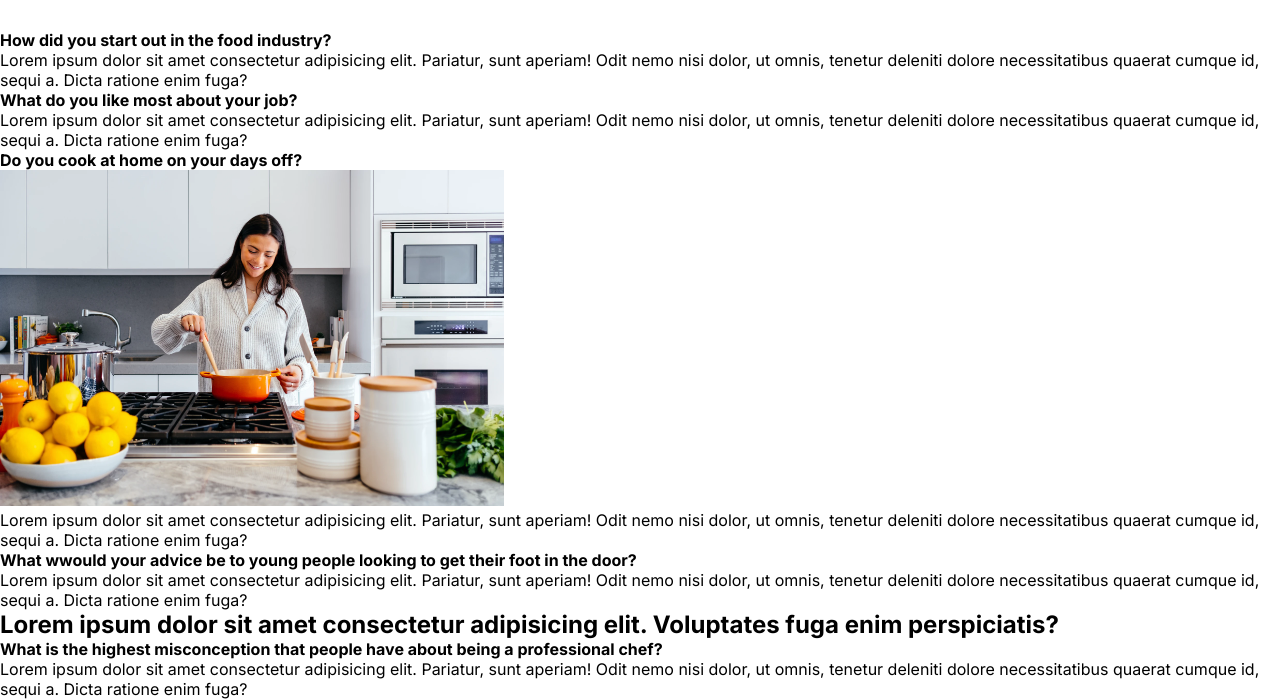
Repository: SolomonChinonso/Advanced-html-and-css-project
Page: blog.html
The author's editor kept a copy of each file at every save. The page is drawn from the files as they stood at one save, then again after the next save.
The browser window is 1280 px wide. The pictures show the part of the page from y = 1171 to 1894 px (the page is 1870 px tall before and 1894 px after).

Above is the page before, as saved 2026-04-19 01:21:21.

After the next save:
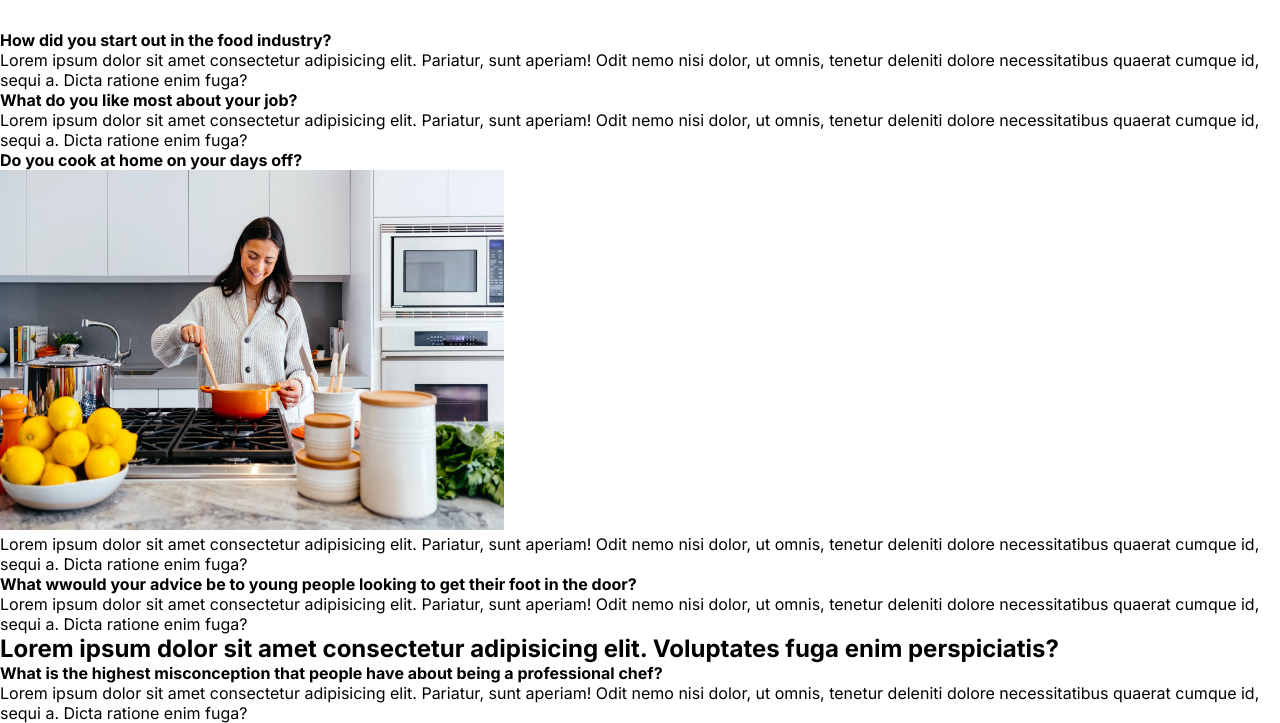
Saved 4 s later.
--- a/style.css
+++ b/style.css
@@ -734,6 +734,6 @@ footer p strong{
 }
 .query img{
     width: 70vh;
-    height: 50;
-
-}
+    height: 50vh;
+
+}
